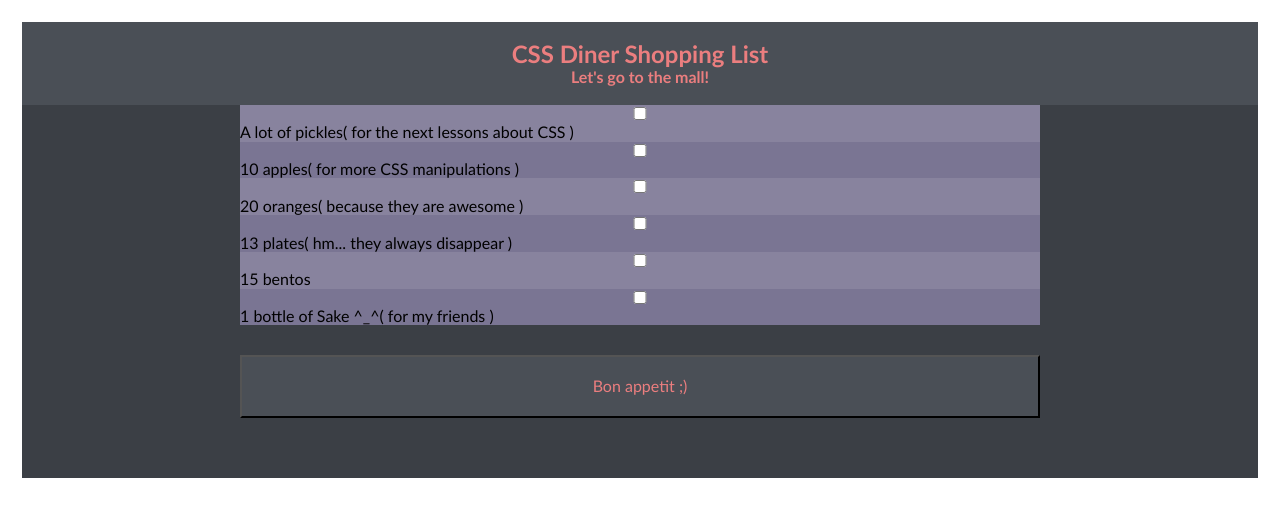
Repository: shpakovskaya/github.io
Page: selector css/shopping list/index.html
An editor plug-in stored every save of this project. The page is shown before and after the next save, followed by the edit.
The browser window is 1280 px wide. The pictures show the whole page.

Above is the page before, as saved 2021-11-08 21:50:08.

### selector css/shopping list/index.html
<!DOCTYPE html>
<html lang="en">
  <head>
    <meta charset="UTF-8" />
    <meta http-equiv="X-UA-Compatible" content="IE=edge" />
    <meta name="viewport" content="width=device-width, initial-scale=1.0" />
    <title>Shopping list</title>
    <link rel="shortcut icon" href="./favicon.ico" type="image/x-icon" />
    <link
      rel="stylesheet"
      href="https://cdnjs.cloudflare.com/ajax/libs/normalize/8.0.1/normalize.min.css"
      integrity="sha512-NhSC1YmyruXifcj/KFRWoC561YpHpc5Jtzgvbuzx5VozKpWvQ+4nXhPdFgmx8xqexRcpAglTj9sIBWINXa8x5w=="
      crossorigin="anonymous"
      referrerpolicy="no-referrer"
    />
    <link rel="stylesheet" href="./style.css" />
  </head>
  <body>
    <div class="container">
      <header class="header">
        <header class="header__wrapper">
          <br />
          <h2>CSS Diner Shopping List</h2>
          <h4>Let's go to the mall!</h4>
          <br />
        </header>
      </header>
      <div class="list">
        <form class="list__wrapper">
          <div class="c-list__wrapper">
            <div class="item">
              <input type="checkbox" id="pickles" name="pickles" />
              <label for="pickles">
                <span class="e-pickles">A lot of pickles</span></label
              >
            </div>
            <div class="item">
              <input type="checkbox" id="apples" name="apples" />
              <label for="apples">
                <span class="e-apples">10 apples</span>
              </label>
            </div>
            <div class="item">
              <input type="checkbox" id="oranges" name="oranges" />
              <label for="oranges"
                ><span class="e-oranges">20 oranges</span>
              </label>
            </div>
            <div class="item">
              <input type="checkbox" id="plates" name="plates" />
              <label for="plates"
                ><span class="e-plates">13 plates</span></label
              >
            </div>
            <div class="item">
              <input type="checkbox" id="bentos" name="bentos" />
              <label for="bentos"
                ><span class="e-bentos">15 bentos</span></label
              >
            </div>
            <div class="item">
              <input type="checkbox" id="bottle" name="bottle" />
              <label for="bottle"
                ><span class="e-bottle">1 bottle of Sake ^_^</span></label
              >
            </div>
          </div>
          <div class="submit">
            <input type="submit" class="bon__wrapper" value="Bon appetit ;)" />
          </div>
        </form>
      </div>
    </div>
  </body>
</html>

### selector css/shopping list/style.css
* {
  margin: 0;
  padding: 0;
  box-sizing: border-box;
  width: 100%;
  transition: all 0.1s ease-in;
}

/* Body */
.container {
  /* width: 100%; */
  max-width: 1920px;
  /* height: 100%; */
  /* box-sizing: border-box; */
  background: #3b3f45;
  border: #ffff solid 22px;
  font-family: "Trebuchet MS", Arial, sans-serif;
}

/* Header */
.header__wrapper {
  width: 100%;
  height: 20%;
  color: #eb7e7f;
  background: #4a4f56;
  text-align: center;
}

/* Form */
.list {
  display: flex;
  justify-content: center;
}

.list__wrapper {
  /* box-sizing: border-box; */
  width: 800px;
  background-color: #88839e;
}

/* .list__wrapper label {
  white-space: nowrap;
} */

.c-list__wrapper {
  /* margin-bottom: 20%; */
  border-bottom: 10px;
  border-color: #3b3f45;
}

/* Items */
.e-pickles::after {
  content: "( for the next lessons about CSS )";
  font-size: 16px;
}

.e-apples::after {
  content: "( for more CSS manipulations )";
  font-size: 16px;
}

.e-oranges::after {
  content: "( because they are awesome )";
  font-size: 16px;
}

.e-plates::after {
  content: "( hm... they always disappear )";
  font-size: 16px;
}

.e-bottle::after {
  content: "( for my friends )";
  font-size: 16px;
}

.e-pickles::before {
  content: initial;
  padding-right: 7px;
}

.submit {
  padding-top: 30px;
  background-color: #3b3f45;
  display: flex;
  justify-content: center;
  padding-bottom: 60px;
}

.bon__wrapper {
  width: 800px;
  /* box-sizing: border-box; */
  background: #4a4f56;
  color: #eb7e7f;
  padding: 20px 0 20px 0;
}

input[checkbox]:checked + span {
  text-decoration: line-through;
}

.item:nth-child(2n) {
  background-color: #7a7593;
}

.item:hover {
  background-color: #5f6176;
  border-bottom: 4px solid #ffff;
  border-top: 4px solid #ffff;
}

.item:active {
  background-color: #eb7e7f;
}

#pickles > span::before {
}

After the next save:
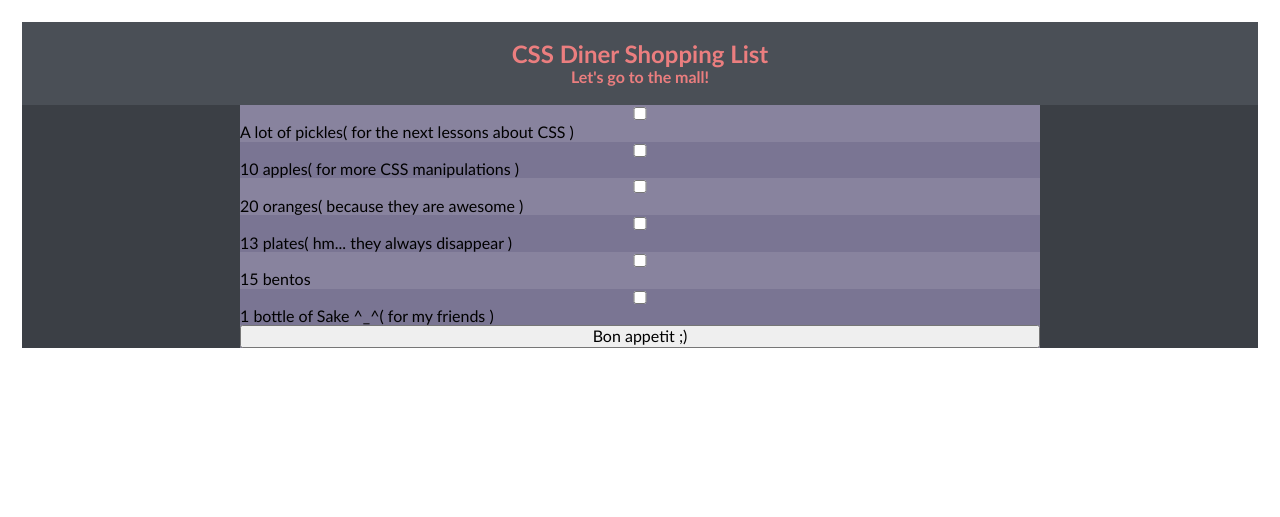
Saved 2 min 34 s later.
--- a/selector css/shopping list/style.css
+++ b/selector css/shopping list/style.css
@@ -79,22 +79,6 @@
   padding-right: 7px;
 }
 
-.submit {
-  padding-top: 30px;
-  background-color: #3b3f45;
-  display: flex;
-  justify-content: center;
-  padding-bottom: 60px;
-}
-
-.bon__wrapper {
-  width: 800px;
-  /* box-sizing: border-box; */
-  background: #4a4f56;
-  color: #eb7e7f;
-  padding: 20px 0 20px 0;
-}
-
 input[checkbox]:checked + span {
   text-decoration: line-through;
 }

After the save that followed:
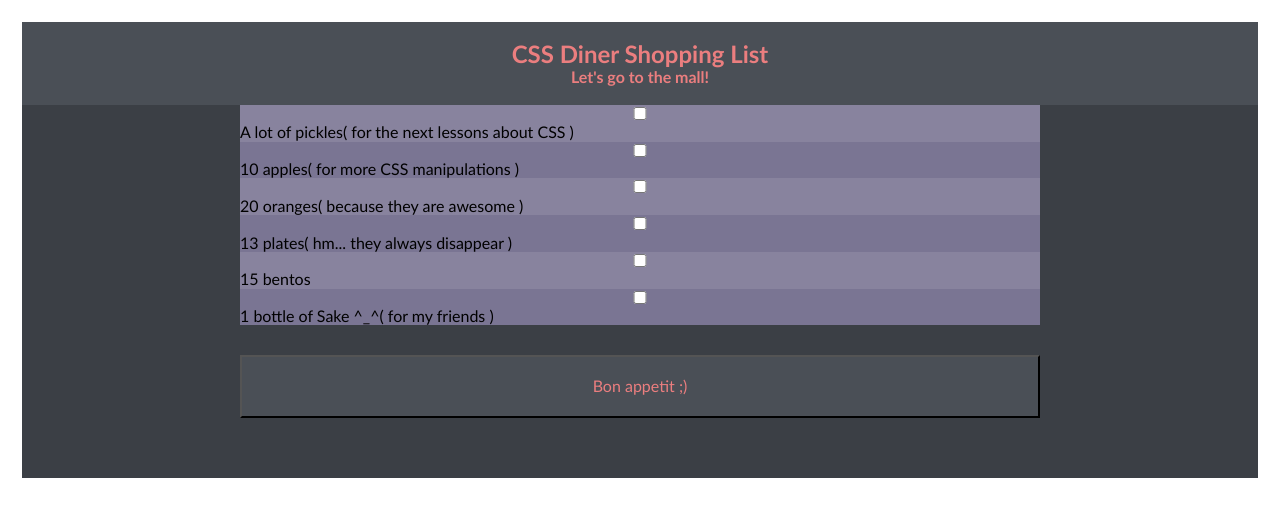
Saved 110 s later.
--- a/selector css/shopping list/style.css
+++ b/selector css/shopping list/style.css
@@ -74,10 +74,10 @@
   font-size: 16px;
 }
 
-.e-pickles::before {
+/* .e-pickles::before {
   content: initial;
   padding-right: 7px;
-}
+} */
 
 input[checkbox]:checked + span {
   text-decoration: line-through;
@@ -99,3 +99,20 @@ input[checkbox]:checked + span {
 
 #pickles > span::before {
 }
+
+/* Button */
+.submit {
+  padding-top: 30px;
+  background-color: #3b3f45;
+  display: flex;
+  justify-content: center;
+  padding-bottom: 60px;
+}
+
+.bon__wrapper {
+  width: 800px;
+  /* box-sizing: border-box; */
+  background: #4a4f56;
+  color: #eb7e7f;
+  padding: 20px 0 20px 0;
+}
